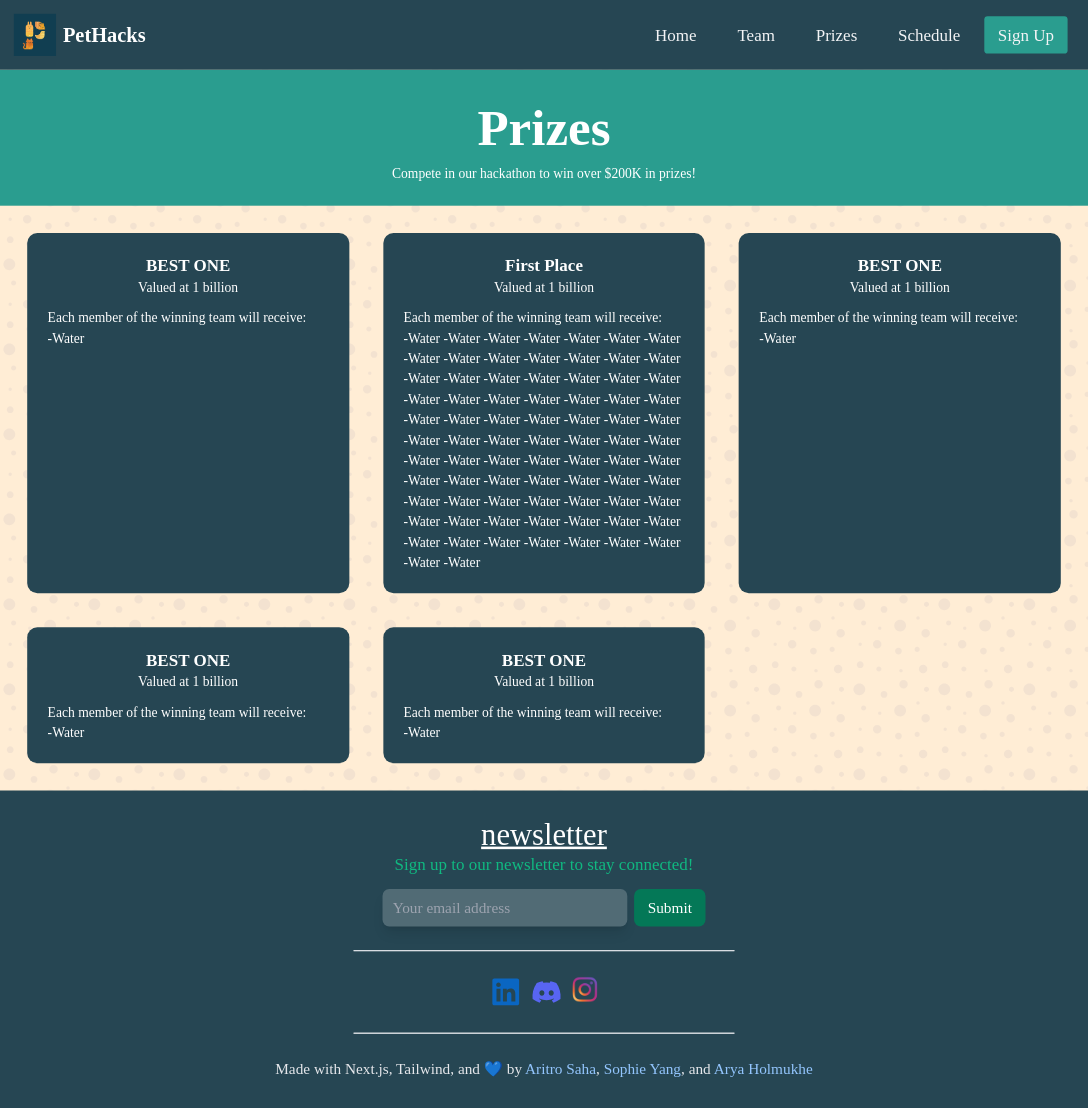
Repository: AritroSaha10/pethacks-website
Page: /prizes
These files come from the project's save history. The page is drawn as it stood at one moment and after a run of saves; the edit follows.
The browser window is 1280 px wide. The pictures show the whole page, at 85% of full size.
Some web fonts or font styles are not loaded; a fallback is used. The project was rebuilt for these pictures with package versions that can differ from the ones it lists, and the page was loaded fresh each time. The framework's server and built-in components were replaced by stand-ins that run in the browser. Also part of the build but not shown: next.config.js.

Above is the page before, as saved 2022-09-10 09:55:53.

### pages/prizes.tsx
import Layout from '../components/Layout'
import Navbar from "@components/Navbar"
import Card from '@components/Prizes/Card'
import SectionHead from "@components/SectionHead"

export default function Prizes(){
    return (
    <Layout name="Prizes" noNavbar>
      <Navbar />
      <SectionHead title="Prizes" subtitle="Compete in our hackathon to win over $200K in prizes!"/>
      <div className="grid grid-cols-1 md:grid-cols-2 lg:grid-cols-3 p-3">
      <Card title="BEST ONE" valuation="1 billion" info="-Water"/>
      <Card title="First Place" valuation="1 billion" info="-Water -Water -Water -Water -Water -Water -Water -Water -Water -Water -Water -Water -Water -Water -Water -Water -Water -Water -Water -Water -Water -Water -Water -Water -Water -Water -Water -Water -Water -Water -Water -Water -Water -Water -Water -Water -Water -Water -Water -Water -Water -Water -Water -Water -Water -Water -Water -Water -Water -Water -Water -Water -Water -Water -Water -Water -Water -Water -Water -Water -Water -Water -Water -Water -Water -Water -Water -Water -Water -Water -Water -Water -Water -Water -Water -Water -Water -Water -Water "/>
      <Card title="BEST ONE" valuation="1 billion" info="-Water"/>
      <Card title="BEST ONE" valuation="1 billion" info="-Water"/>
      <Card title="BEST ONE" valuation="1 billion" info="-Water"/>
      </div>

    </Layout>
    )
}

### styles/globals.css
@import url('https://fonts.googleapis.com/css2?family=Gaegu&family=Space+Mono&display=swap');

@tailwind base;
@tailwind components;
@tailwind utilities;

@layer base {
    html {
        font-family: Gaegu;
    }
}

.svg-background {
    background-image: url("data:[embedded picture, 1230 characters]");
}

.wiggles-background {
    background-image: url("data:[embedded picture, 494 characters]");
}

### components/Layout.tsx
import Head from "next/head"

import Navbar from "./Navbar"
import Footer from "./Footer"

import { m } from "framer-motion"

const transition = { ease: [0.6, 0.01, -0.05, 0.9] };

const contentVariants = {
    initial: { y: 200, opacity: 0 },
    animate: { y: 0, opacity: 1 },
    exit: { y: -200, opacity: 0 },
    transition: { duration: 0.4, ...transition }
}

export default function Layout({ name, children, noAnim, noNavbar }: { name: string, children: any, noAnim?: boolean, noNavbar?: boolean }) {
    const title = `${name} | PetHacks`;
    const description = "WEBSITE DESCRIPTION";
    const imageSrc = "CHANGE ME"

    return (
        <div className="flex flex-col min-h-screen bg-orange-100 overflow-hidden" key={name}>
            <Head>
                <title>{title}</title>
                <meta name="description" content={description} />

                <meta property="og:title" content={title} />
                <meta property="og:description" content={description} />
                <meta property="og:type" content="website" />
                <meta property="og:image" content={imageSrc} />
                <meta property="og:image:type" content="image/png" />
                <meta property="og:image:width" content="1111" />
                <meta property="og:image:height" content="1111" />

                <meta name="twitter:card" content="summary_large_image" />
                <meta name="twitter:creator" content="@YOUR_TWITTER" />
                <meta property="twitter:title" content={title} />
                <meta property="twitter:description" content={description} />
                <meta property="twitter:image:src" content={imageSrc} />
            </Head>

            {noNavbar ? <></> : <Navbar />}

            {noAnim ? (
                <div
                    className="flex-grow flex flex-col"
                >
                    {children}
                </div>
            ) : (
                <m.div
                    initial={contentVariants.initial}
                    animate={contentVariants.animate}
                    exit={contentVariants.exit}
                    transition={contentVariants.transition}
                    className="flex-grow flex flex-col svg-background"
                >
                    {children}
                </m.div>
            )}

            <Footer />
        </div>
    )
}

### components/Navbar.tsx
import Link from "next/link";
import Image from "next/image";
import { useState } from "react";

import Logo from "@media/logo.png";

import { GoThreeBars } from "react-icons/go"

const links = [
    {
        name: "Home",
        link: "/",
        id: "home",
        priority: false
    },
    {
        name: "Team",
        link: "/team",
        id: "team",
        priority: false
    },
    {
        name: "Prizes",
        link: "/prizes",
        id: "prizes",
        priority: false
    },
    {
        name: "Schedule",
        link: "/schedule",
        id: "schedule",
        priority: false
    },
    {
        name: "Sign Up",
        link: "/sign-up",
        id: "sign-up",
        priority: true
    },
];

export default function Header() {
    const [showDropdown, setShowDropdown] = useState(false);

    return (
        <header className="bg-pet-teal py-2 lg:py-4 sticky">
            <div className="container px-4 mx-auto lg:flex lg:items-center">
                <div className="flex justify-between items-center">
                    <Link href="/">
                        <a className="flex justify-between items-center font-bold text-2xl text-white gap-2">
                            <Image src={Logo} alt="logo" width={50} height={50} />
                            <span>PetHacks</span>
                        </a>
                    </Link>

                    <button
                        className="border border-solid border-gray-600 px-3 py-1 rounded text-white opacity-50 hover:opacity-75 lg:hidden"
                        aria-label="Menu"
                        data-test-id="navbar-menu"
                        onClick={
                            () => {
                                setShowDropdown(!showDropdown);
                            }}
                        >
                        <GoThreeBars />
                    </button>
                </div>

                <div className={`${showDropdown ? "flex" : "hidden"} lg:flex flex-col lg:flex-row lg:ml-auto mt-3 lg:mt-0 text-xl`} data-test-id="navbar">
                    {
                        links.map(({ name, link, priority, id }) =>
                            <Link key={name} href={link}>
                                <a
                                    className={`${priority ? "text-gray-100 bg-pet-turquoise hover:bg-pet-turquoise/50 hover:text-white text-center mt-1 lg:mt-0 lg:ml-1" : "text-gray-100 hover:bg-gray-400/20 hover:text-gray-100 "} p-2 lg:px-4 lg:mx-2 rounded duration-300 transition-colors `}
                                    data-test-id={`navbar-${id}`}
                                >
                                    {name}
                                </a>
                            </Link>
                        )
                    }
                </div>
            </div>
        </header>
    )
}

### components/Prizes/Card.tsx
import React from 'react';


export default function Card ({title, valuation, info}: {title: string, valuation: string, info: string}) {

    return (
        <div className="col-span-1 min-h-min p-6 m-5 bg-pet-teal rounded-xl  text-white" >
            <div className="text-center">
                <h1 className="text-xl font-bold">{title}</h1>
                <p className="pb-3">Valued at {valuation}</p>
            </div>
            <div className="">
                Each member of the winning team will receive:
                <p>
                {info}
                </p>
            </div>
        </div>
    )
}

### components/SectionHead.tsx
import React from 'react';

export default function SectionHead({ title, subtitle }: { title: string, subtitle: string }) {
  return (
    <div className="h-40 bg-pet-turquoise text-center text-white grid place-content-center">
      <h1 className="font-bold text-6xl p-3">{title}</h1>
      <p>{subtitle}</p>
    </div>
  )
}

### components/Footer.tsx
import React, { useState } from 'react'
import Link from 'next/link'
import Image from 'next/image'

import axios from 'axios'

import EmailRegex from '@util/EmailRegex'

import logo from '@media/logo.png'
import InstagramLogo from "@media/ig.png"
import { FaLinkedin, FaDiscord } from 'react-icons/fa'

const buttonColoring =
    'bg-emerald-700 text-white hover:bg-white hover:text-emerald-700 active:bg-emerald-500 active:text-white transition-all duration-300'

enum EmailState {
    Neutral,
    Invalid,
    Success,
    Sending
}

export default function Footer() {
    const [emailState, setEmailState] = useState(EmailState.Neutral)

    const handleSubmit = async (e: React.FormEvent<HTMLFormElement>) => {
        e.preventDefault()

        // Extract email from form data
        const formData = Object.fromEntries(new FormData(e.currentTarget))
        const email = formData.email.toString()

        // Match using regex
        if (email === '' || !email.match(EmailRegex)) {
            setEmailState(EmailState.Invalid);
            return;
        }

        // Submit to Airtable
        setEmailState(EmailState.Sending);

        try {
            const startingTime = new Date().getTime();

            // TODO: IMPLEMENT THIS API FUNCTION
            await axios.post("/api/addToNewsletter", {
                email: email
            });

            // Slow down animation to take at least 300ms on user end so it's smoother
            await new Promise(resolve => {
                setTimeout(resolve.bind(null, null), 300 - (new Date().getTime() - startingTime));
            });
        } catch (e) {
            // We don't need the user to know of the error, but log it for later uses
            console.error("Error when sending email", e);
        }

        // Let user know it was sent successfully
        setEmailState(EmailState.Success);
    }

    return (
        <footer className="flex flex-col justify-between gap-4 px-12 lg:px-20 py-8 bg-pet-teal items-center z-[99999999] text-center sm:text-left">

            <div className="flex flex-col items-center lg:w-1/3" id="newsletter">
                <h2 className="text-4xl text-white underline">newsletter</h2>
                <p className="text-xl text-emerald-500">
                    Sign up to our newsletter to stay connected!
                </p>

                <div>
                    <form className="flex flex-col sm:flex-row items-center gap-2 mt-4 text-center lg:text-left" onSubmit={handleSubmit} noValidate>
                        <input
                            className={`text-lg rounded-lg py-2 px-3 w-60 sm:w-72 align-middle text-white outline-none focus:ring-2 focus:ring-emerald-700 duration-200 bg-white/20 shadow-lg focus:shadow-none ${emailState == EmailState.Invalid && "ring-1 ring-red-600"}`}
                            placeholder="Your email address"
                            name="email"
                            type="email"
                            onChange={() => setEmailState(EmailState.Neutral)}
                            required
                        />
                        <input
                            type="submit"
                            className={`rounded-lg py-2 px-4 w-60 sm:w-auto text-lg ${buttonColoring} hover:cursor-pointer`}
                        />
                    </form>

                    {emailState == EmailState.Invalid && (
                        <p className="text-sm text-red-500">
                            Please provide a valid email address.
                        </p>
                    )}

                    {emailState == EmailState.Success && (
                        <p className="text-sm text-emerald-400">Thanks for submitting!</p>
                    )}
                </div>
            </div>

            <hr className="h-px bg-white w-full lg:w-[40%] my-3" />

            <div className="flex items-center justify-center gap-3 text-4xl">
                <a
                    href=""
                    className="text-[#0A66C2] hover:text-[#0A66C2]/75 active:text-[#0A66C2]/50 duration-200"
                    target="_blank"
                    rel="noreferrer"
                    title="LinkedIn"
                >
                    <FaLinkedin />
                </a>

                <a
                    href=""
                    className="text-[#5865F2] hover:text-[#5865F2]/75 active:text-[#5865F2]/50 duration-200"
                    target="_blank"
                    rel="noreferrer"
                    title="Discord"
                >
                    <FaDiscord />
                </a>

                <a
                    href=""
                    className="text-[#F77737] hover:text-[#F77737]/75 active:text-[#F77737]/50 duration-200"
                    target="_blank"
                    rel="noreferrer"
                    title="Instagram"
                >
                    <Image src={InstagramLogo} width={30} height={30} alt="instagram" />
                </a>
            </div>

            <hr className="h-px bg-white w-full lg:w-[40%] my-3" />

            <p className='text-lg text-gray-200'>
                Made with Next.js, Tailwind, and 💙 by
                {" "}
                <a href="https://aritrosaha.vercel.app" target="_blank" rel="noreferrer" className='text-blue-300 hover:text-blue-500 duration-150'>
                    Aritro Saha
                </a>
                ,{" "}
                <a href="https://www.linkedin.com/in/sophie-yang-66b855216" target="_blank" rel="noreferrer" className='text-blue-300 hover:text-blue-500 duration-150'>
                    Sophie Yang
                </a>
                , and {" "}
                <a href="" target="_blank" rel="noreferrer" className='text-blue-300 hover:text-blue-500 duration-150'>
                    Arya Holmukhe
                </a>
            </p>
        </footer>
    )
}

### util/EmailRegex.ts
const EmailRegex = /(?:[a-z0-9!#$%&'*+/=?^_`{|}~-]+(?:\.[a-z0-9!#$%&'*+/=?^_`{|}~-]+)*|"(?:[\x01-\x08\x0b\x0c\x0e-\x1f\x21\x23-\x5b\x5d-\x7f]|\\[\x01-\x09\x0b\x0c\x0e-\x7f])*")@(?:(?:[a-z0-9](?:[a-z0-9-]*[a-z0-9])?\.)+[a-z0-9](?:[a-z0-9-]*[a-z0-9])?|\[(?:(?:25[0-5]|2[0-4][0-9]|[01]?[0-9][0-9]?)\.){3}(?:25[0-5]|2[0-4][0-9]|[01]?[0-9][0-9]?|[a-z0-9-]*[a-z0-9]:(?:[\x01-\x08\x0b\x0c\x0e-\x1f\x21-\x5a\x53-\x7f]|\\[\x01-\x09\x0b\x0c\x0e-\x7f])+)\])/;
export default EmailRegex;

### tailwind.config.js
/** @type {import('tailwindcss').Config} */
module.exports = {
  content: [
    "./pages/**/*.{js,ts,jsx,tsx}",
    "./components/**/*.{js,ts,jsx,tsx}",
  ],
  theme: {
    extend: {
      fontFamily: {
        desc:['Gaegu', 'cursive;']
      },
      colors: {
        "pet-teal": "#264653",
        "pet-turquoise": "#2A9D8F",
        "pet-yellow": "#E9C46A",
        "pet-lightorange": "#F4A261",
        "pet-red": "#E76F51"
      }
    },
  },
  plugins: [],
}

Loaded but not shown: pages/_app.tsx (common file)

After the next 4 saves:
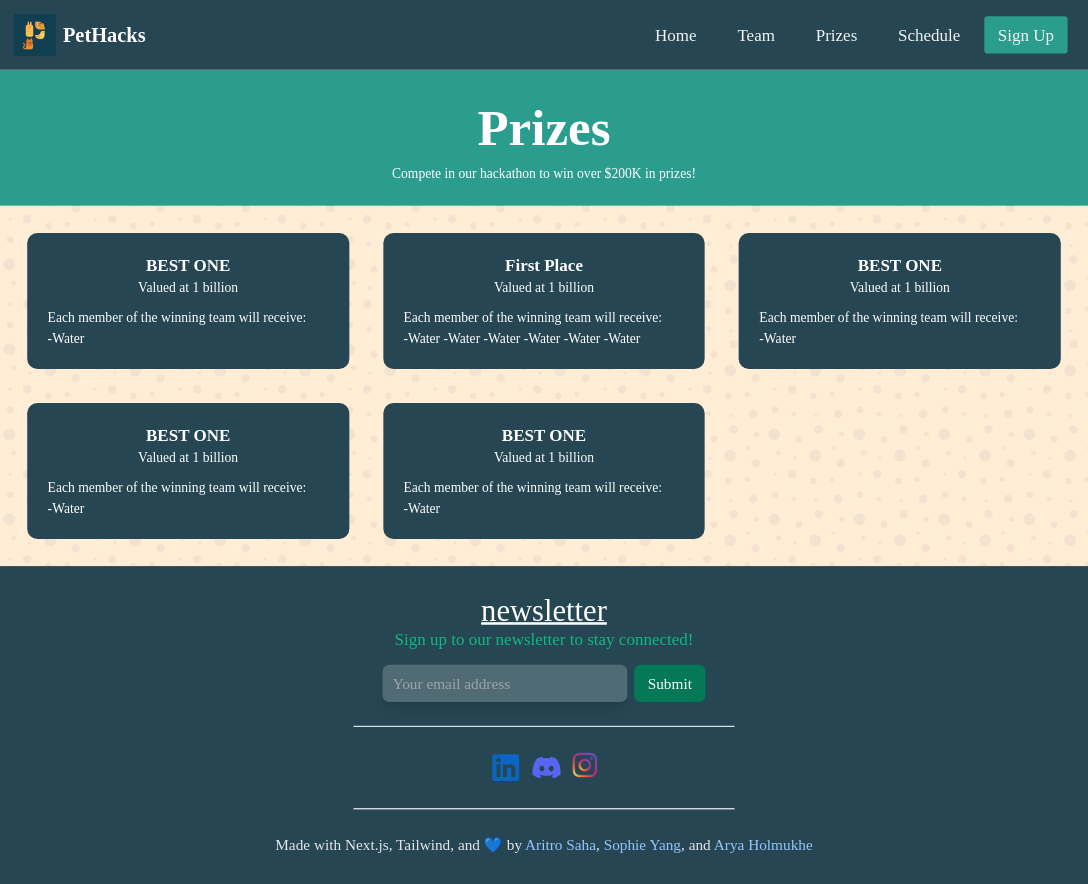
The 4 saves are shown as one change because 1 did not build or start and some came seconds apart.
The last was saved 24 s later.
--- a/pages/prizes.tsx
+++ b/pages/prizes.tsx
@@ -10,7 +10,7 @@ export default function Prizes(){
       <SectionHead title="Prizes" subtitle="Compete in our hackathon to win over $200K in prizes!"/>
       <div className="grid grid-cols-1 md:grid-cols-2 lg:grid-cols-3 p-3">
       <Card title="BEST ONE" valuation="1 billion" info="-Water"/>
-      <Card title="First Place" valuation="1 billion" info="-Water -Water -Water -Water -Water -Water -Water -Water -Water -Water -Water -Water -Water -Water -Water -Water -Water -Water -Water -Water -Water -Water -Water -Water -Water -Water -Water -Water -Water -Water -Water -Water -Water -Water -Water -Water -Water -Water -Water -Water -Water -Water -Water -Water -Water -Water -Water -Water -Water -Water -Water -Water -Water -Water -Water -Water -Water -Water -Water -Water -Water -Water -Water -Water -Water -Water -Water -Water -Water -Water -Water -Water -Water -Water -Water -Water -Water -Water -Water "/>
+      <Card title="First Place" valuation="1 billion" info="-Water -Water -Water -Water -Water -Water "/>
       <Card title="BEST ONE" valuation="1 billion" info="-Water"/>
       <Card title="BEST ONE" valuation="1 billion" info="-Water"/>
       <Card title="BEST ONE" valuation="1 billion" info="-Water"/>
